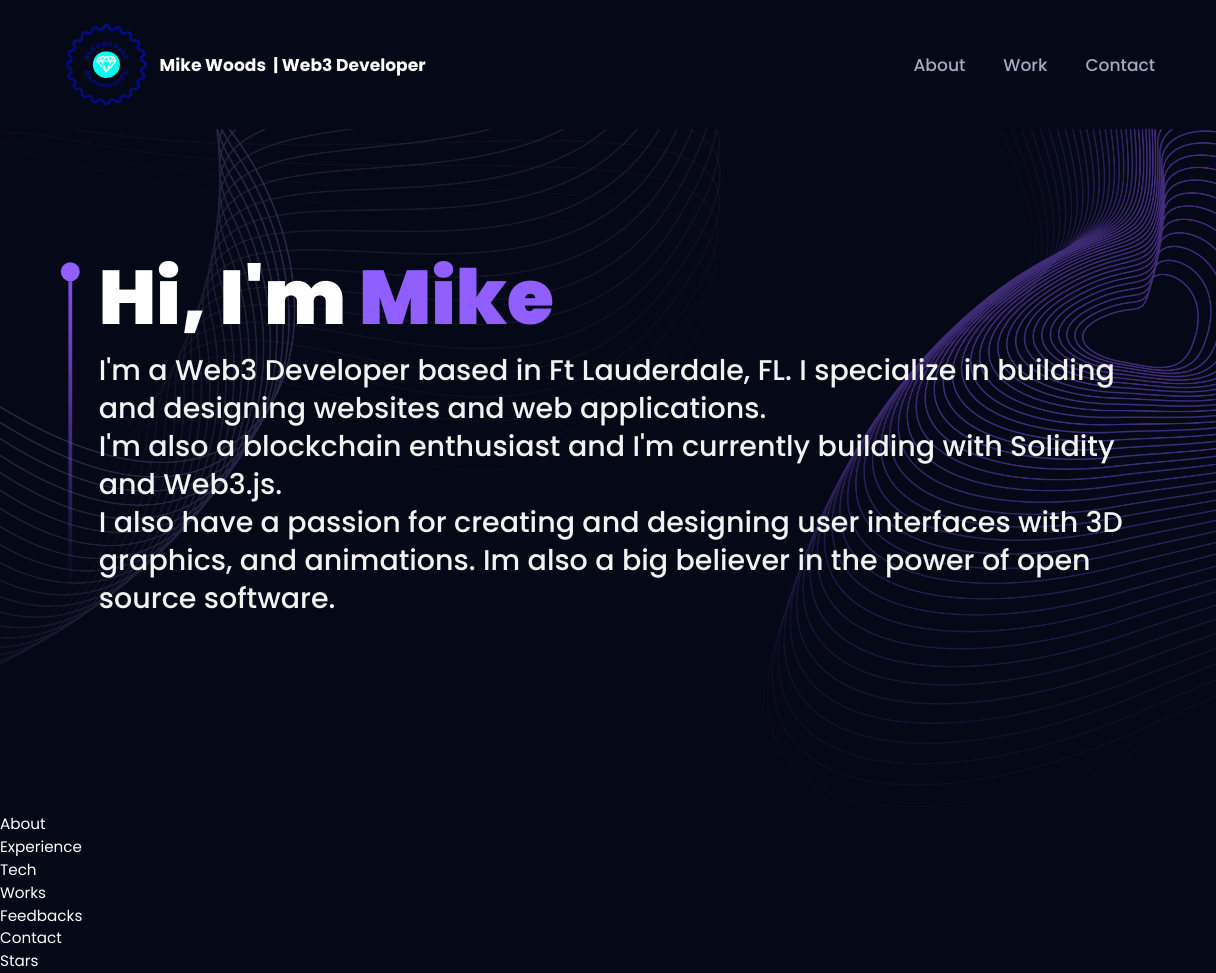
Repository: MikeeBuilds/3D-portfolio
Page: /
These files come from the project's save history. The page is drawn as it stood at one moment and after a run of saves; the edit follows.
The browser window is 1280 px wide. The pictures show the whole page, at 95% of full size.
The project was rebuilt for these pictures with package versions that can differ from the ones it lists, and the page was loaded fresh each time. Also part of the build but not shown: vite.config.js, src/components/canvas/Earth.jsx, src/components/canvas/Ball.jsx.

Above is the page before, as saved 2023-03-04 15:08:56.

After the next 4 saves:
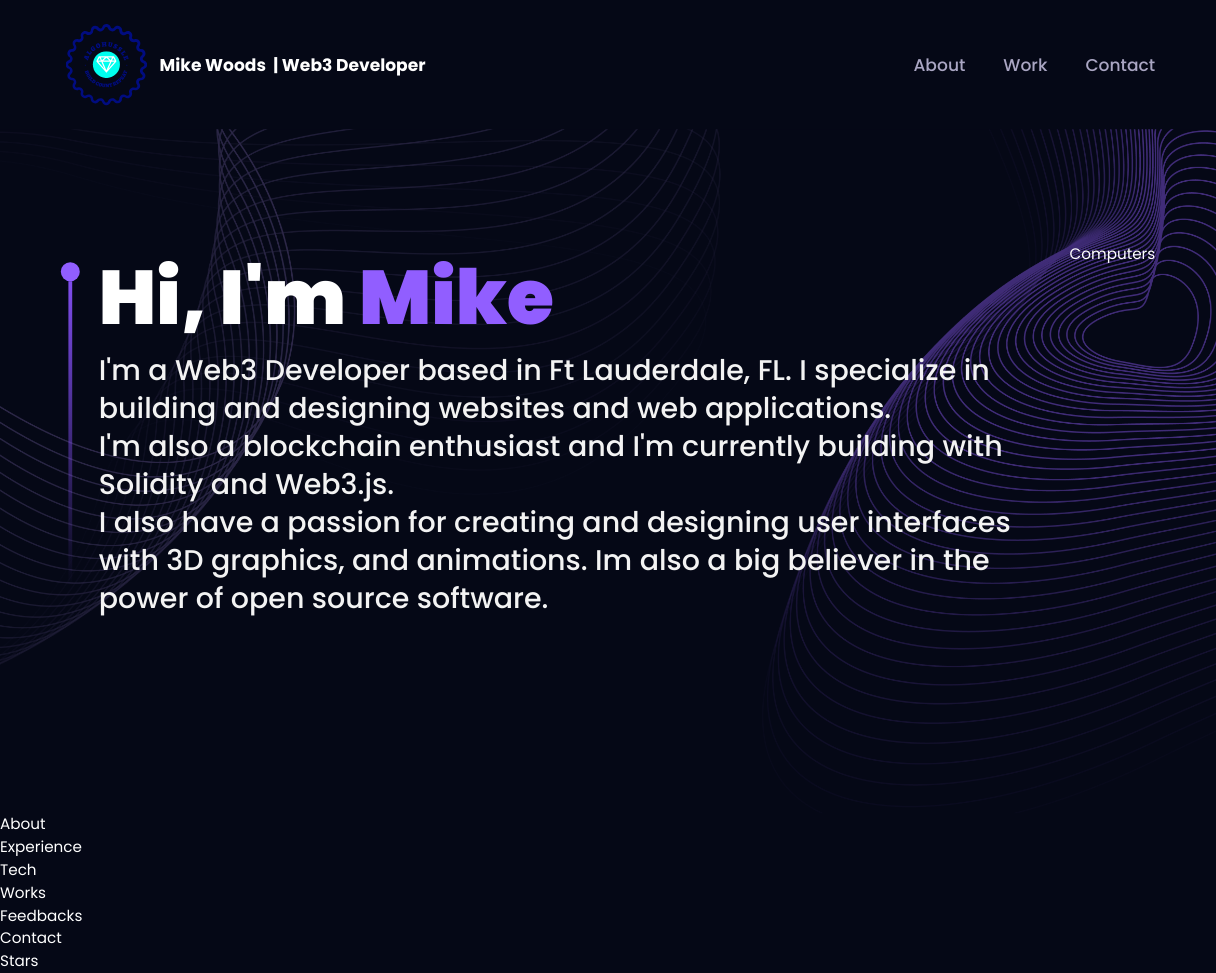
The 4 saves are shown as one change because they came seconds apart.
The last was saved 14 s later.
--- a/src/components/Hero.jsx
+++ b/src/components/Hero.jsx
@@ -25,7 +25,7 @@
 
             </p>
           </div>
-
+            <ComputersCanvas />
       </div>
     </section>
   )

After the save that followed:
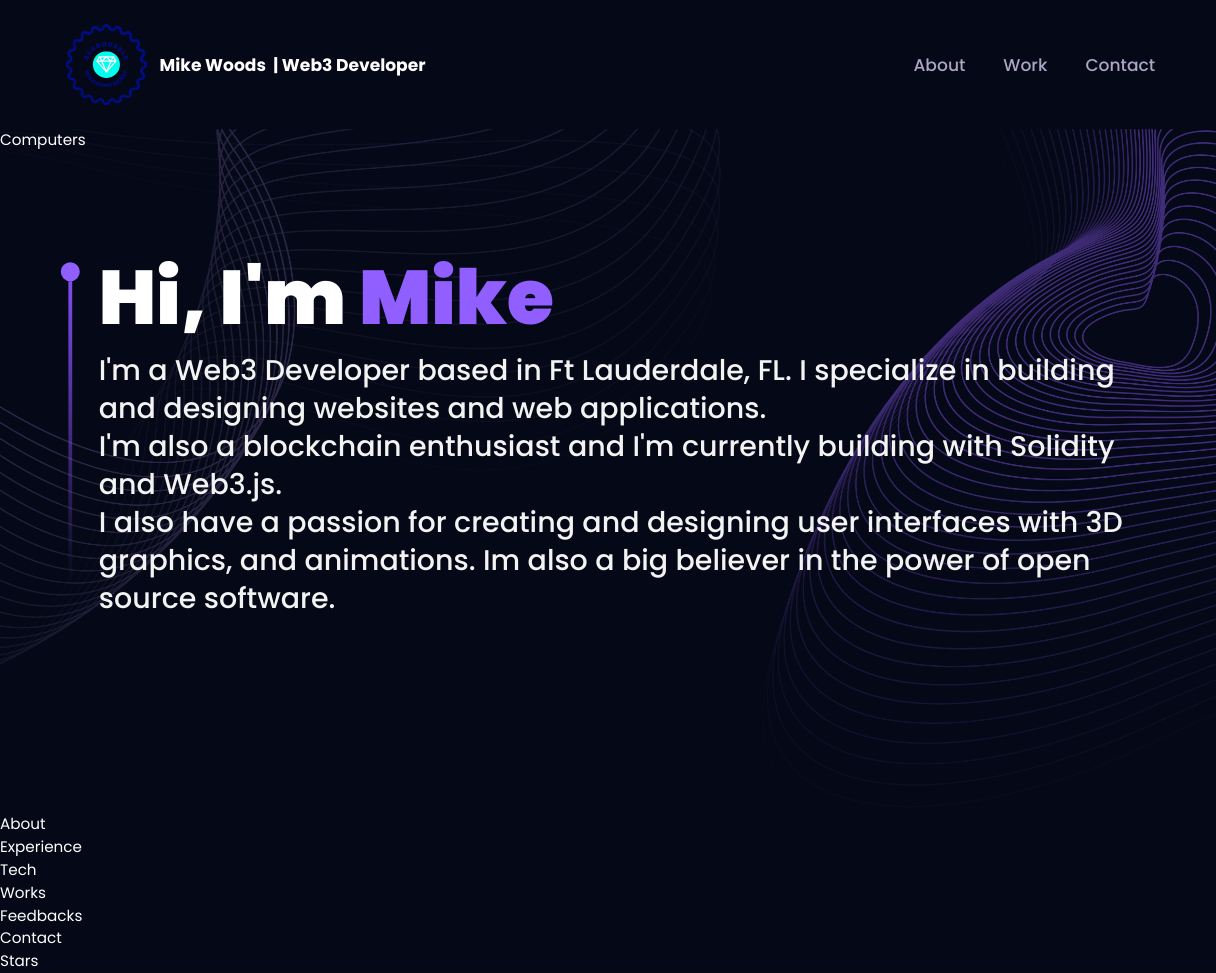
Saved 21 s later.
--- a/src/components/Hero.jsx
+++ b/src/components/Hero.jsx
@@ -25,8 +25,8 @@
 
             </p>
           </div>
+      </div>
             <ComputersCanvas />
-      </div>
     </section>
   )
 }
